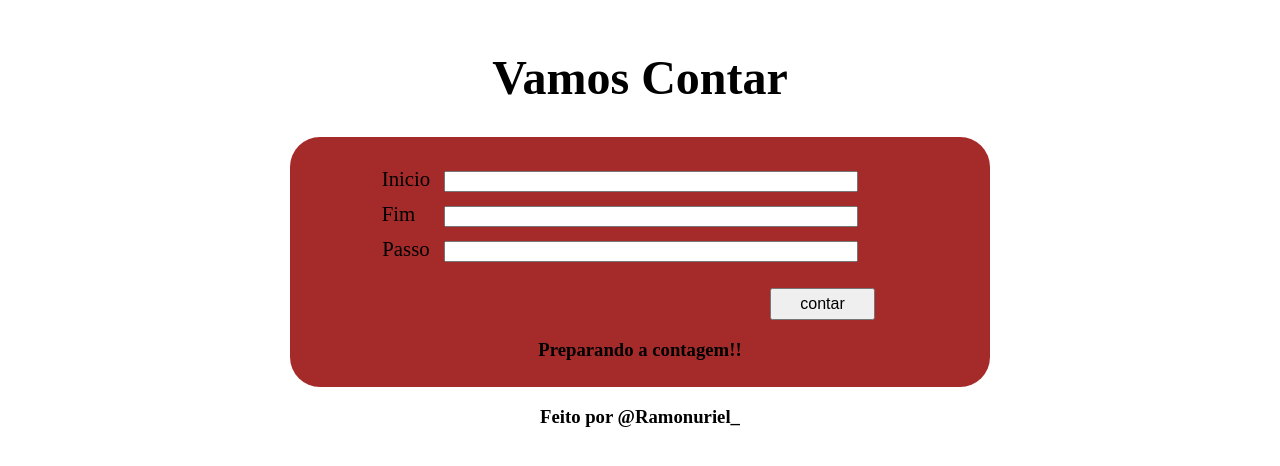
Repository: Ramonuriel/JS-Projetos
Page: Contador automatico/exercicio.html
An editor plug-in stored every save of this project. The page is shown before and after the next save, followed by the edit.
The browser window is 1280 px wide. The pictures show the whole page.

Above is the page before, as saved 2022-12-27 21:15:59.

After the next save:
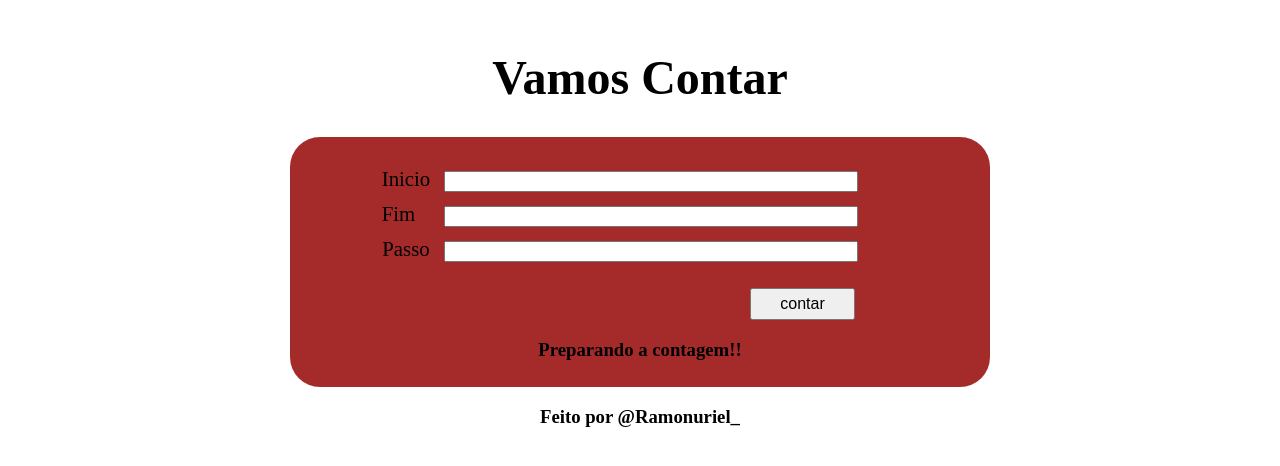
Saved 5 s later.
--- a/Contador automatico/style.css
+++ b/Contador automatico/style.css
@@ -49,7 +49,7 @@ input {
 
 .btn {
   font-size: 1rem;
-  margin-left: 480px;
+  margin-left: 460px;
   width: 15%;
   height: 2rem;
   cursor: pointer;
